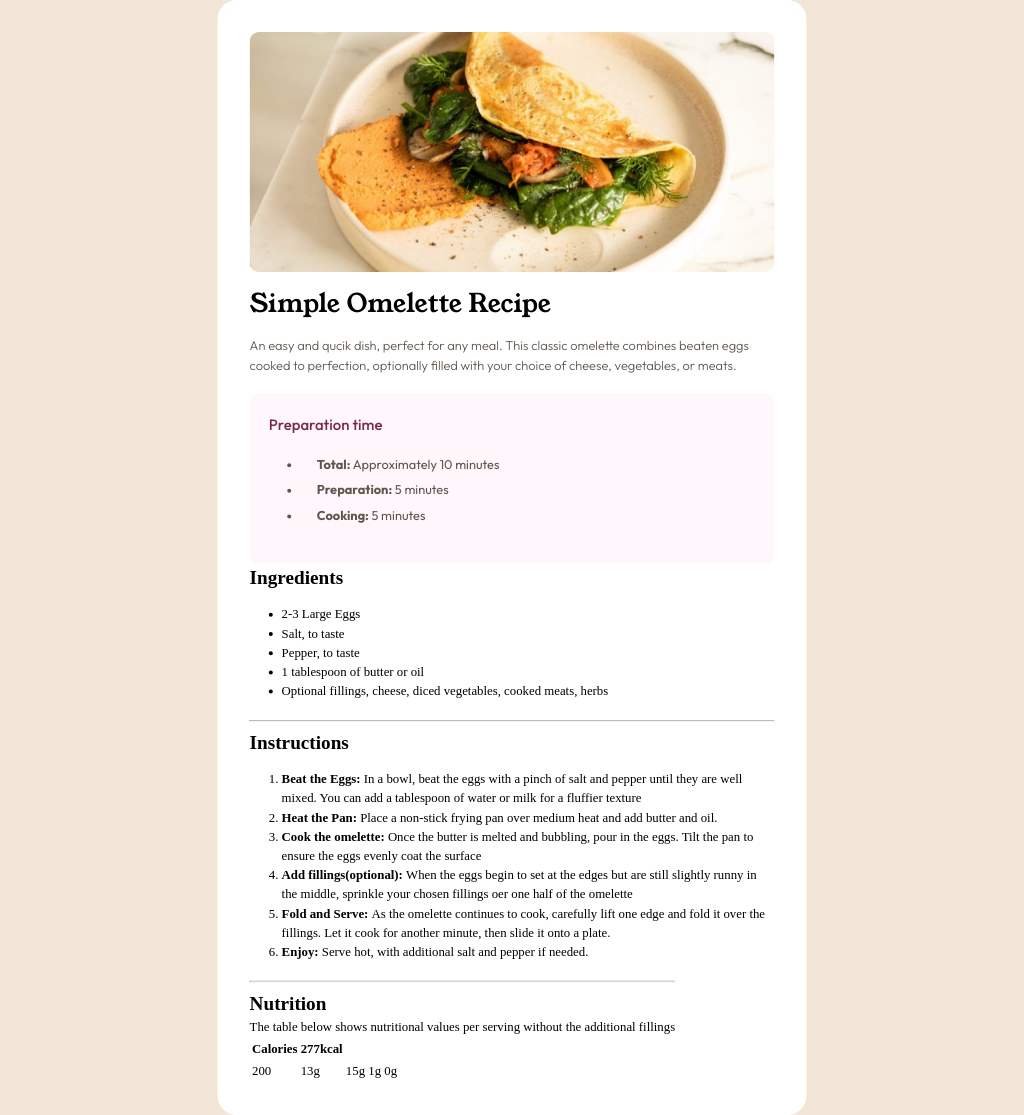
Repository: brandontaylor1/recipe-page
Page: index.html
The author's editor kept a copy of each file at every save. The page is drawn from the files as they stood at one save, then again after the next save.
The browser window is 1280 px wide. The pictures show the whole page, at 80% of full size.

Above is the page before, as saved 2025-01-07 22:31:24.

After the next save:
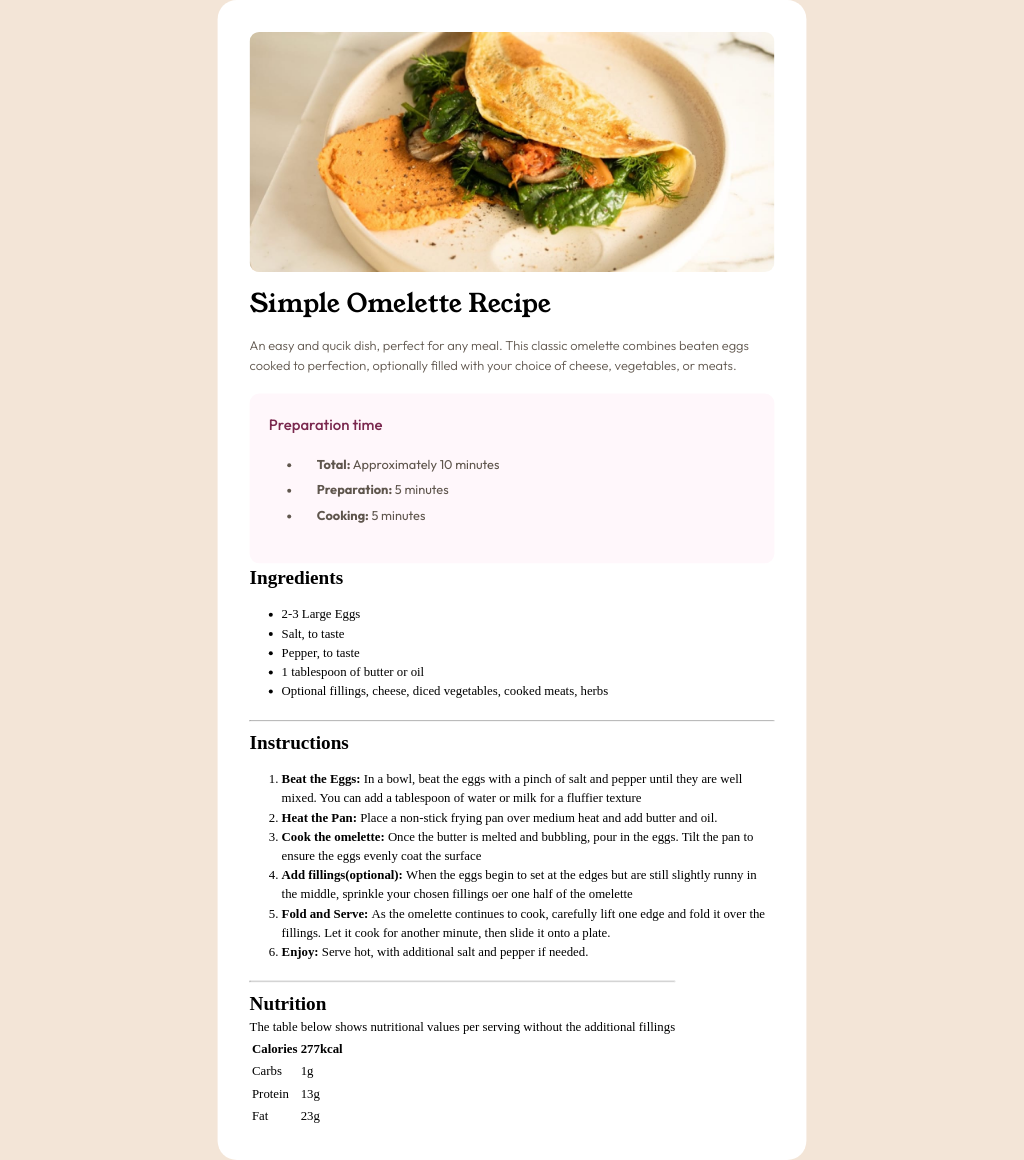
Saved 29 s later.
--- a/index.html
+++ b/index.html
@@ -57,12 +57,15 @@
                         <th>277kcal</th>
                     </tr>
                     <tr>
-                        <td>200</td>
+                        <td>Carbs</td>
+                        <td>1g</td>
+                    <tr>
+                        <td>Protein</td>
                         <td>13g</td>
-                        <td>15g</td>
-                        <td>1g</td>
-                        <td>0g</td>
                     </tr>
+                    <tr>
+                        <td>Fat</td>
+                        <td>23g</td>
                 </table>
 
             </div>
